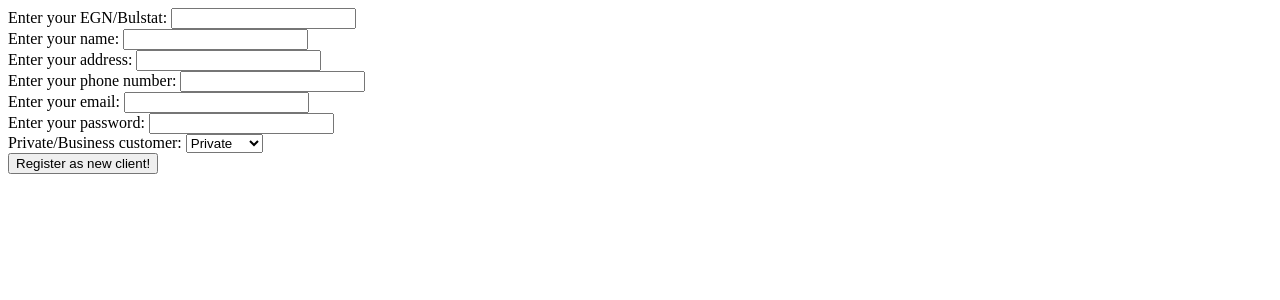
Repository: A-Mitev/E-Banking_Team_Project
Page: http://localhost/FiBank/WEB-INF/views/jsp/Register.jsp
An editor plug-in stored every save of this project. The page is shown before and after the next save, followed by the edit.
The browser window is 1280 px wide. The pictures show the whole page.
The page is served by Tomcat 9. Nobody is signed in. The template is opened directly, without the code that normally fills it, so the values that code supplies are empty.

Above is the page before, as saved 2016-04-05 17:38:25.

After the next save:
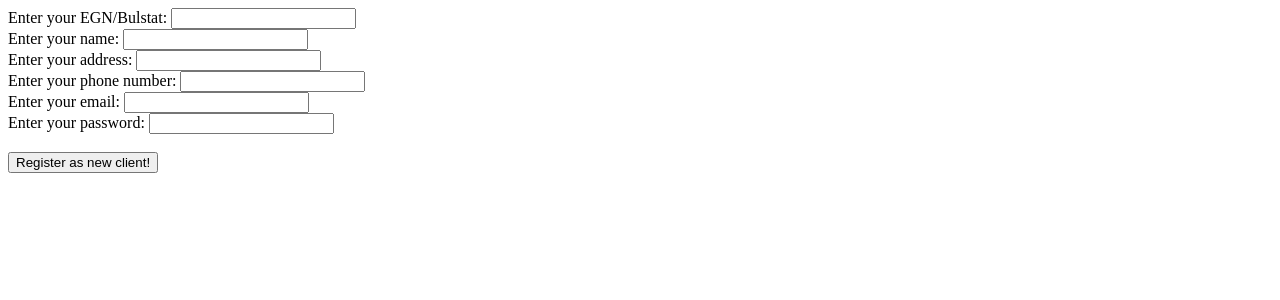
Saved 2 min 43 s later.
--- a/FiBank/src/main/webapp/WEB-INF/views/jsp/Register.jsp
+++ b/FiBank/src/main/webapp/WEB-INF/views/jsp/Register.jsp
@@ -29,11 +29,6 @@
 	<label>Enter your password:</label>
 	<springForm:input type="text" path="password"/>
 	<br/>
-	<label>Private/Business customer:</label>
-	<springForm:select path="typeOfUser">
-	<option value="CITIZEN">Private</option>
-  	<option value="BUSINESS">Business</option>
-	</springForm:select>
 	<br/>
 	<input type="submit" value="Register as new client!"/>
 	</springForm:form>
